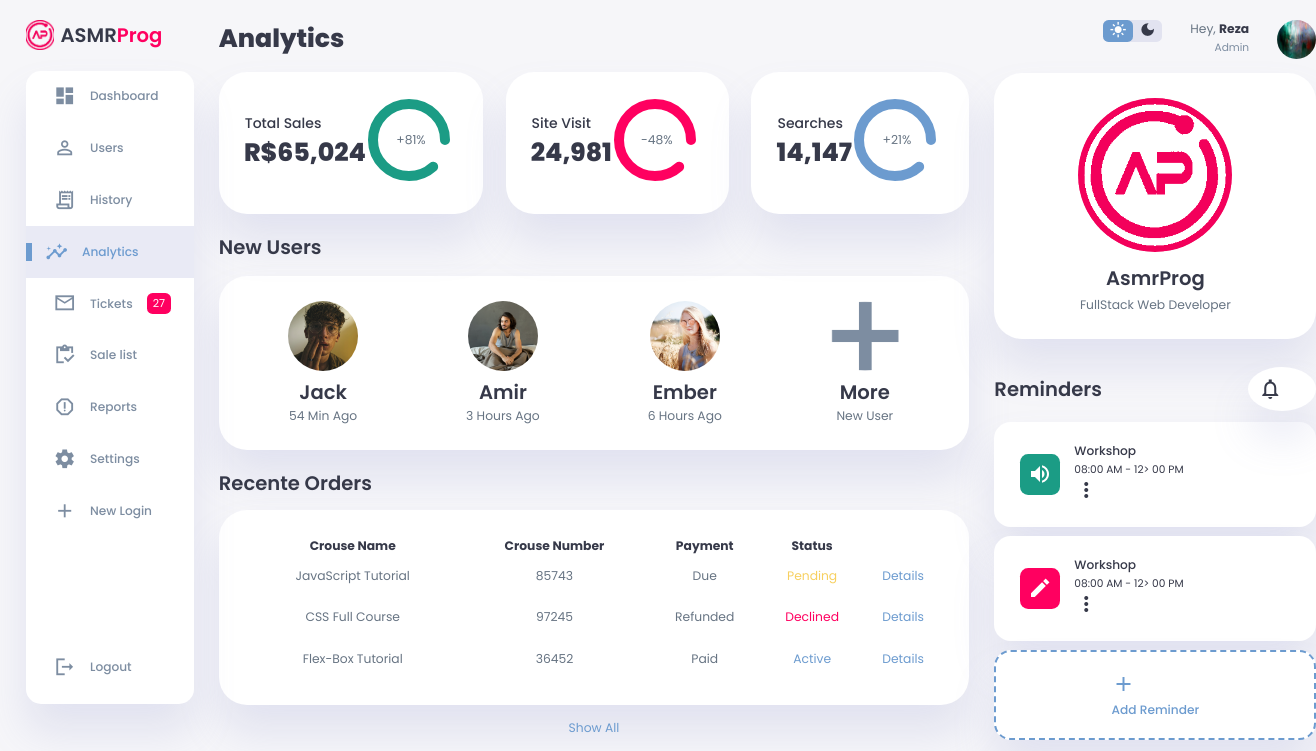
Repository: pheonix5/ProjetosRN-linux
Page: DashBoard/index.html
An editor plug-in stored every save of this project. The page is shown before and after the next save, followed by the edit.
The browser window is 1280 px wide. The page is 1316 px wide, so the pictures cover 1316 px, including what lies to the right of the window. The pictures show the whole page.

Above is the page before, as saved 2023-08-06 03:10:52.

### DashBoard/index.html
<!DOCTYPE html>
<html lang="pt-br">

<head>
  <meta charset="UTF-8">
  <meta name="viewport" content="width=device-width, initial-scale=1.0">
  <link href="https://fonts.googleapis.com/icon?family=Material+Icons+Sharp" rel="stylesheet">
  <link rel="stylesheet" href="style.css">
  <title>Responsive Dashboard Design #1</title>
</head>

<body>

  <div class="container">
    <!-- Siderbar Section -->
    <aside>
      <div class="toggle">
        <div class="logo">
          <img src="images/logo.png">
          <h2>ASMR<span class="danger">Prog</span></h2>
        </div>
        <div class="close" id="close-btn">
          <span class="material-icons-sharp">
            close
          </span>
        </div>
      </div>

      <div class="sidebar">
        <a href="#">
          <span class="material-icons-sharp">
            dashboard
          </span>
          <h3>Dashboard</h3>
        </a>
        <a href="#">
          <span class="material-icons-sharp">
            person_outline
          </span>
          <h3>Users</h3>
        </a>
        <a href="#">
          <span class="material-icons-sharp">
            receipt_long
          </span>
          <h3>History</h3>
        </a>
        <a href="#" class="active">
          <span class="material-icons-sharp">
            insights
          </span>
          <h3>Analytics</h3>
        </a>
        <a href="#">
          <span class="material-icons-sharp">
            mail_outline
          </span>
          <h3>Tickets</h3>
          <span class="message_count">27</span>
        </a>
        <a href="#">
          <span class="material-icons-sharp">
            inventory
          </span>
          <h3>Sale list</h3>
        </a>
        <a href="#">
          <span class="material-icons-sharp">
            report_gmailerrorred
          </span>
          <h3>Reports</h3>
        </a>
        <a href="#">
          <span class="material-icons-sharp">
            settings
          </span>
          <h3>Settings</h3>
        </a>
        <a href="#">
          <span class="material-icons-sharp">
            add
          </span>
          <h3>New Login</h3>
        </a>
        <a href="#">
          <span class="material-icons-sharp">
            logout
          </span>
          <h3>Logout</h3>
        </a>
      </div>
    </aside>
    <!-- Fim da Seção do Sidebar-->

    <!-- Main Content-->
    <main>
      <h1>Analytics</h1>
      <!-- Analyses -->
      <div class="analyse">
        <div class="sales">
          <div class="status">
            <div class="info">
              <h3>Total Sales</h3>
              <h1>R$65,024</h1>
            </div>
            <div class="progresss">
              <svg>
                <circle cx="38" cy="38" r="36"></circle>
              </svg>
              <div class="percentage">
                <p>+81%</p>
              </div>
            </div>
          </div>
        </div>

        <div class="visits">
          <div class="status">
            <div class="info">
              <h3>Site Visit</h3>
              <h1>24,981</h1>
            </div>
            <div class="progresss">
              <svg>
                <circle cx="38" cy="38" r="36"></circle>
              </svg>
              <div class="percentage">
                <p>-48%</p>
              </div>
            </div>
          </div>
        </div>

        <div class="searches">
          <div class="status">
            <div class="info">
              <h3>Searches</h3>
              <h1>14,147</h1>
            </div>
            <div class="progresss">
              <svg>
                <circle cx="38" cy="38" r="36"></circle>
              </svg>
              <div class="percentage">
                <p>+21%</p>
              </div>
            </div>
          </div>
        </div>
      </div>
      <!-- End Of Analyses -->

      <!--  New Users Section -->
      <div class="new-users">
        <h2>New Users</h2>
        <div class="user-list">
          <div class="user">
            <img src="images/profile-2.jpg">
            <h2>Jack</h2>
            <p>54 Min Ago</p>
          </div>
          <div class="user">
            <img src="images/profile-3.jpg">
            <h2>Amir</h2>
            <p>3 Hours Ago</p>
          </div>
          <div class="user">
            <img src="images/profile-4.jpg">
            <h2>Ember</h2>
            <p>6 Hours Ago</p>
          </div>
          <div class="user">
            <img src="images/plus.png">
            <h2>More</h2>
            <p>New User</p>
          </div>
        </div>
      </div>
      <!-- End of New Users Section -->


      <!-- Recente Orders Table -->
      <div class="recent-orders">
        <h2>Recente Orders</h2>
        <table>
          <thead>
            <tr>
              <th>Crouse Name</th>
              <th>Crouse Number</th>
              <th>Payment</th>
              <th>Status</th>
              <th></th>
            </tr>
          </thead>
          <tbody>

          </tbody>
        </table>
        <a href="#">Show All</a>
      </div>
      <!-- End of Recent Orders -->

    </main>
    <!-- End of Main Content -->

    <!-- Right Section-->
    <div class="right-section">
      <div class="nav">
        <button id="menu-btn">
          <span class="material-icons-sharp">
            menu
          </span>
        </button>
        <div class="dark-mode">
          <span class="material-icons-sharp active">
            light_mode
          </span>
          <span class="material-icons-sharp">
            dark_mode
          </span>
        </div>

        <div class="profile">
          <div class="info">
            <p>Hey, <b>Reza</b></p>
            <small class="text-muted">Admin</small>
          </div>
          <div class="profile-photo">
            <img src="images/profile-1.jpg">
          </div>
        </div>

      </div>
      <!-- End of Nav -->

      <div class="user-profile">
        <div class="logo">
          <img src="images/logo.png">
          <h2>AsmrProg</h2>
          <p>FullStack Web Developer</p>
        </div>
      </div>

      <div class="reminders">
        <div class="header">
          <h2>Reminders</h2>
          <span class="material-icons-sharp">
            notifications_nones
          </span>
        </div>

        <div class="notification">
          <div class="icon">
            <span class="material-icons-sharp">
              volume_up
            </span>
          </div>
          <div class="content">
            <div class="info">
              <h3>Workshop</h3>
              <small class="text_muted">
                08:00 AM - 12> 00 PM
              </small>
            </div>
            <span class="material-icons-sharp">
              more_vert
            </span>
          </div>
        </div>

        <div class="notification deactive">
          <div class="icon">
            <span class="material-icons-sharp">
              edit
            </span>
          </div>
          <div class="content">
            <div class="info">
              <h3>Workshop</h3>
              <small class="text_muted">
                08:00 AM - 12> 00 PM
              </small>
            </div>
            <span class="material-icons-sharp">
              more_vert
            </span>
          </div>
        </div>

        <div class="notification add-reminder">
          <div>
            <span class="material-icons-sharp">
              add
            </span>
            <h3>Add Reminder</h3>
          </div>
        </div>

      </div>
    </div>


  </div>

  <script src="orders.js"></script>
  <script src="index.js"></script>
</body>

</html>

### DashBoard/style.css
@import url('https://fonts.googleapis.com/css2?family=Barlow:ital,wght@0,100;0,200;0,300;0,400;0,500;0,600;0,700;0,800;0,900;1,100;1,200;1,300;1,400;1,500;1,600;1,700;1,800;1,900&family=Poppins:wght@300;400;500;600;700;800&display=swap');

:root{
  --color-primary: #6C9BCF;
    --color-danger: #FF0060;
    --color-success: #1B9C85;
    --color-warning: #F7D060;
    --color-white: #fff;
    --color-info-dark: #7d8da1;
    --color-dark: #363949;
    --color-light: rgba(132, 139, 200, 0.18);
    --color-dark-variant: #677483;
    --color-background: #f6f6f9;

    --card-border-radius: 2rem;
    --border-radius-1: 0.4rem;
    --border-radius-2: 1.2rem;

    --card-padding: 1.8rem;
    --padding-1: 1.2rem;

    --box-shadow: 0 2rem 3rem var(--color-light);
}

.dark-mode-variables{
  --color-background: #181a1e;
    --color-white: #202528;
    --color-dark: #edeffd;
    --color-dark-variant: #a3bdcc;
    --color-light: rgba(0, 0, 0, 0.4);
    --box-shadow: 0 2rem 3rem var(--color-light);
}

*{
  margin: 0;
  padding: 0;
  outline: 0;
  appearance: 0;
  border: 0;
  text-decoration: none;
  box-sizing: border-box;
}

html{
  font-size: 14px;
}

body{
  width: 100vw;
  height: 100vh;
  font-family: 'Poppins', sans-serif;
  font-size: 0.88rem;
  user-select: none;
  overflow-x: hidden;
  color: var(--color-dark);
  background-color: var(--color-background);
}

a{
  color: var(--color-dark);
}

img{
  display: block;
  width: 100%;
  object-fit: cover;
}

h1{
  font-weight: 800;
  font-size: 1.8rem;
}

h2{
  font-weight: 600;
  font-size: 1.4rem;
}

h3{
  font-weight: 500;
  font-size: 0.87rem;
}

small{
  font-size: 0.76rem;
}

p{
  color: var(--color-dark-variant);
}

b{
  color: var(--color-dark);
}

.text-muted{
  color: var(--color-info-dark);
}

.primary{
  color: var(--color-primary);
}

.danger{
  color: var(--color-danger);
}

.sucess{
  color: var(--color-success);
}

.warning{
  color: var(--color-warning);
}

.container{
  display: grid;
  width: 96%;
  margin: 0 auto;
  gap: 1.8rem;
  grid-template-columns: 12rem auto 23rem;
}

aside{
  height: 100vh;
}

aside .toggle{
  display: flex;
  align-items: center;
  justify-content: space-between;
  margin-top: 1.4rem;
}

aside .toggle .logo{
  display: flex;
  gap: 0.5rem;
}

aside .toggle .logo img{
  width: 2rem;
  width: 2rem;
}

aside .toggle .close{
  padding-right: 1rem;
  display: none;
}

aside .sidebar{
  display: flex;
  flex-direction: column;
  background-color: var(--color-white);
  box-shadow: var(--box-shadow);
  border-radius: 15px;
  height: 88vh;
  position: relative;
  top: 1.5rem;
  transition: all 0.3s ease;
}

aside .sidebar:hover{
  box-shadow: none;
}

aside .sidebar a{
  display: flex;
  align-items: center;
  color:  var(--color-info-dark);
  height: 3.7rem;
  gap: 1rem;
  position: relative;
  margin-left: 2rem;
  transition: all 0.3s ease;
}

aside .sidebar a span{
  font-size: 1.6rem;
  transition: all 0.3s ease;
}

aside .sidebar a:last-child{
  position: absolute;
  bottom: 0.8rem;
  width: 100%;
}

aside .sidebar a.active{
  width: 100%;
  color: var(--color-primary);
  background-color: var(--color-light);
  margin-left: 0;
}

aside .sidebar a.active::before{
  content: '';
  width: 6px;
  height: 18px;
  background-color: var(--color-primary);
}

aside .sidebar a.active span{
  color: var(--color-primary);
  margin-left: calc(1rem -3px);
}

aside .sidebar a:hover{
  color: var(--color-primary);
}

aside .sidebar a:hover span{
  margin-left: 0.6rem;
}

aside .sidebar .message_count{
  background-color: var(--color-danger);
  padding: 2px 6px;
  color: var(--color-white);
  font-size: 11px;
  border-radius: var(--border-radius-1);
}

main{
  margin-top: 1.4rem;
}

main .analyse{
  display: grid;
  grid-template-columns: repeat(3, 1fr);
  gap: 1.6rem;
}

main .analyse > div{
  background-color: var(--color-white);
  padding: var(--card-padding);
  border-radius: var(--card-border-radius);
  margin-top: 1rem;
  box-shadow: var(--box-shadow);
  cursor: pointer;
  transition: all 0.3s ease;
}

main .analyse > div:hover{
  box-shadow: none;
}

main .analyse > div .status{
  display: flex;
  align-items: center;
  justify-content: space-between;
}


main .analyse h3{
  margin-left: .06rem;
  font-size: 1rem;
}

main .analyse .progresss{
  position: relative;
  width: 92px;
  height: 92px;
  border-radius: 50%;
}

main .analyse svg{
  width: 7rem;
  height: 7rem;
}

main .analyse svg circle{
  fill: none;
  stroke-width: 10;
  stroke-linecap: round;
  transform: translate(5px, 5px);
}

main .analyse .sales svg circle{
  stroke: var(--color-success);
  stroke-dashoffset: -30;
  stroke-dasharray: 200;
}

main .analyse .visits svg circle{
  stroke: var(--color-danger);
  stroke-dashoffset: -30;
  stroke-dasharray: 200;
}

main .analyse .searches svg circle{
  stroke: var(--color-primary);
  stroke-dashoffset: -30;
  stroke-dasharray: 200;
}

main .analyse .progresss .percentage{
  position: absolute;
  top: -3px;
  left: -1px;
  display: flex;
  align-items: center;
  justify-content: center;
  height: 100%;
  width: 100%;
}

main .new-users{
  margin-top: 1.3rem;
}

main .new-users .user-list{
  background-color: var(--color-white);
  padding: var(--card-padding);
  border-radius: var(--card-border-radius);
  margin-top: 1rem;
  box-shadow: var(--box-shadow);
  display: flex;
  justify-content: space-around;
  flex-wrap: wrap;
  gap: 1.4rem;
  transition: all 0.3s ease;
}

main .new-users .user-list:hover{
  box-shadow: none;
}

main .new-users .user-list .user{
  display: flex;
  flex-direction: column;
  align-items: center;
  justify-content: center;
}

main .new-users .user-list .user img{
  width: 5rem;
  height: 5rem;
  margin-bottom: 0.4rem;
  border-radius: 50%;
}

main .recent-orders{
  margin-top: 1.3rem;
}

main .recent-orders h2{
  margin-bottom: 0.8rem;
}

main .recent-orders table{
  background-color: var(--color-white);
  width: 100%;
  padding: var(--card-padding);
  text-align: center;
  box-shadow: var(--box-shadow);
  border-radius: var(--card-border-radius);
  transition: all 0.3s ease;
}

main .recent-orders table:hover{
  box-shadow: none;
}

main table tbody td{
  height: 2.8rem;
  border-bottom: 1px solid var(--color-white);
  color: var(--color-dark-variant);
}

main table tbody tr:last-child td{
  border: none;
}

main .recent-orders a{
  text-align: center;
  display: block;
  margin: 1rem auto;
  color:  var(--color-primary);
}

.right-section{
  margin-top: 1.4rem;
}

.right-section .nav{
  display: flex;
  justify-content: end;
  gap: 2rem;
}

.right-section .nav button{
  display: none;
}

.right-section .dark-mode{
  background-color: var(--color-light);
  display: flex;
  justify-content: space-between;
  align-items: center;
  height: 1.6rem;
  width: 4.2rem;
  cursor: pointer;
  border-radius: var(--border-radius-1);
}

.right-section .dark-mode span{
  font-size: 1.2rem;
  width: 50%;
  height: 100%;
  display: flex;
  align-items: center;
  justify-content: center;
}

.right-section .dark-mode span.active{
  background-color: var(--color-primary);
  color: white;
  border-radius: var(--border-radius-1);
}

.right-section .nav .profile{
  display: flex;
  gap: 2rem;
  text-align: right;
}
.right-section .nav .profile .profile-photo{
  width: 2.8rem;
  height: 2.8rem;
  border-radius: 50%;
  overflow: hidden;
}

.right-section .user-profile{
  display: flex;
  justify-content: center;
  text-align: center;
  margin-top: 1rem;
  background-color: var(--color-white);
  padding:  var(--card-padding);
  border-radius: var(--card-border-radius);
  box-shadow: var(--box-shadow);
  cursor: pointer;
  transition: all 0.3s ease;
}

.right-section .user-profile:hover{
  box-shadow: none;
}

.right-section .user-profile img{
  width: 11rem;
  height: auto;
  margin-bottom: 0.8rem;
  border-radius: 50%;
}

.right-section .user-profile h2{
  margin-bottom: 0.2rem;
}

.right-section .reminders{
  margin-top: 2rem;
}

.right-section .reminders .header{
  display: flex;
  align-items: center;
  justify-content: space-between;
  margin-bottom: 0.8rem;
}

.right-section .reminders .header span{
  padding: 10px;
  box-shadow: var(--box-shadow);
  background-color: var(--color-white);
  border-radius: 50%;
}

.right-section .reminders .notification{
  background-color: var(--color-white);
  display: flex;
  align-items: center;
  gap: 1rem;
  margin-bottom: 0.7rem;
  padding: 1.4rem var(--card-padding);
  border-radius: var(--border-radius-2);
  box-shadow: var(--box-shadow);
  cursor: pointer;
  transition: all 0.3s ease;
}

.right-section .reminders .notification:hover{
  box-shadow: none;
}

.recent-orders .reminders .notification .content{
  display: flex;
  justify-content: space-between;
  align-items: center;
  margin: 0;
  width: 100%;
}

.right-section .reminders .notification .icon{
  padding: 0.6rem;
  color:  var(--color-white);
  background-color: var(--color-success);
  border-radius: 20%;
  display: flex;
}

.right-section .reminders .notification.deactive .icon{
  background-color: var(--color-danger);
}

.right-section .reminders .add-reminder{
  background-color: var(--color-white);
  border: 2px dashed var(--color-primary);
  color: var(--color-primary);
  display: flex;
  align-items: center;
  justify-content: center;
  cursor: pointer;
}

.right-section .reminders .add-reminder:hover{
  background-color: var(--color-primary);
  color: white;
}

### DashBoard/orders.js
const Orders = [
  {
    productName: 'JavaScript Tutorial',
    productNumber: '85743',
    paymentStatus: 'Due',
    status: 'Pending'
  },
  {
    productName: 'CSS Full Course',
    productNumber: '97245',
    paymentStatus: 'Refunded',
    status: 'Declined'
  },
  {
    productName: 'Flex-Box Tutorial',
    productNumber: '36452',
    paymentStatus: 'Paid',
    status: 'Active'
  },
]

### DashBoard/index.js
Orders.forEach(order => {
  const tr = document.createElement('tr');
  const trContent = `
    <td>${order.productName}</td>
    <td>${order.productNumber}</td>
    <td>${order.paymentStatus}</td>
    <td class="${order.status === 'Declined' ? 'danger' : order.status === 'Pending' ? 'warning' : 'primary'}">${order.status}</td>
    <td class="primary">Details</td>
  ` ;
  tr.innerHTML = trContent;
  document.querySelector('table tbody').appendChild(tr)
})

After the next save:
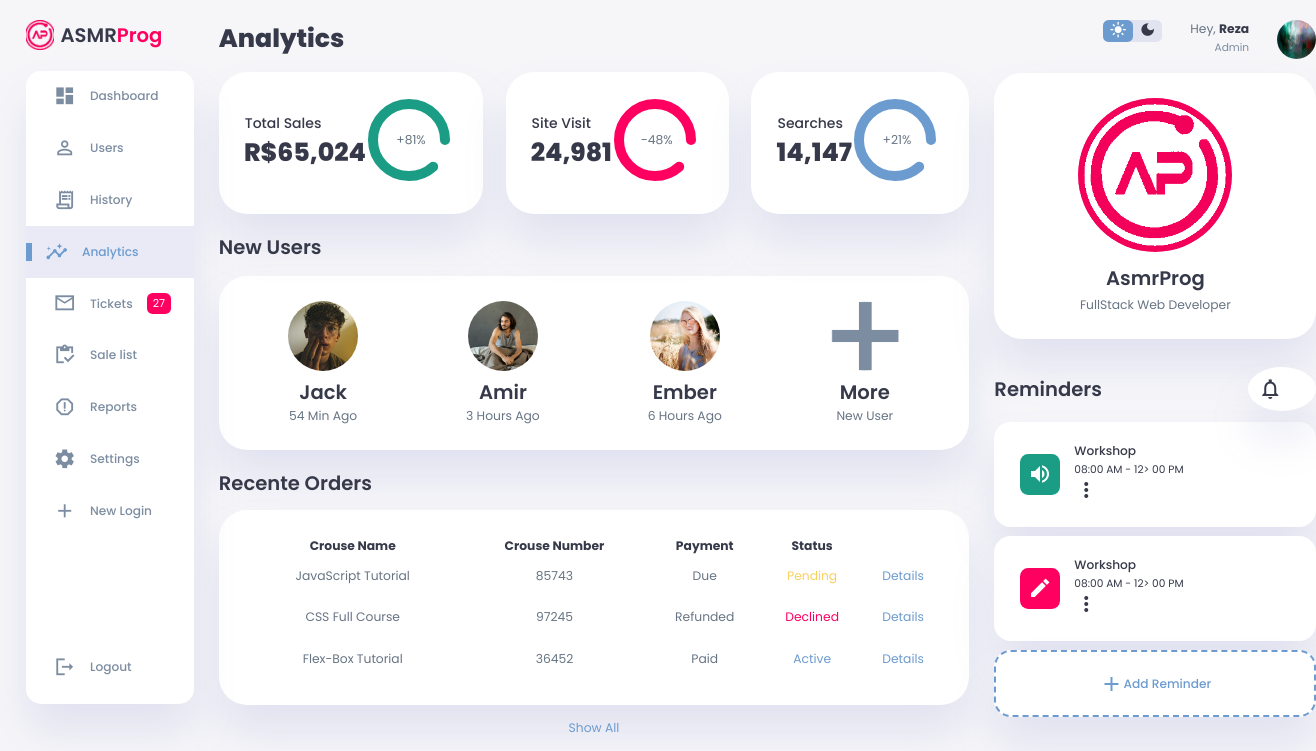
Saved 25 s later.
--- a/DashBoard/style.css
+++ b/DashBoard/style.css
@@ -527,3 +527,9 @@ main .recent-orders a{
   background-color: var(--color-primary);
   color: white;
 }
+
+.right-section .reminders .add-reminder div{
+  display: flex;
+  align-items: center;
+  grid-area: 0.6rem;
+}
